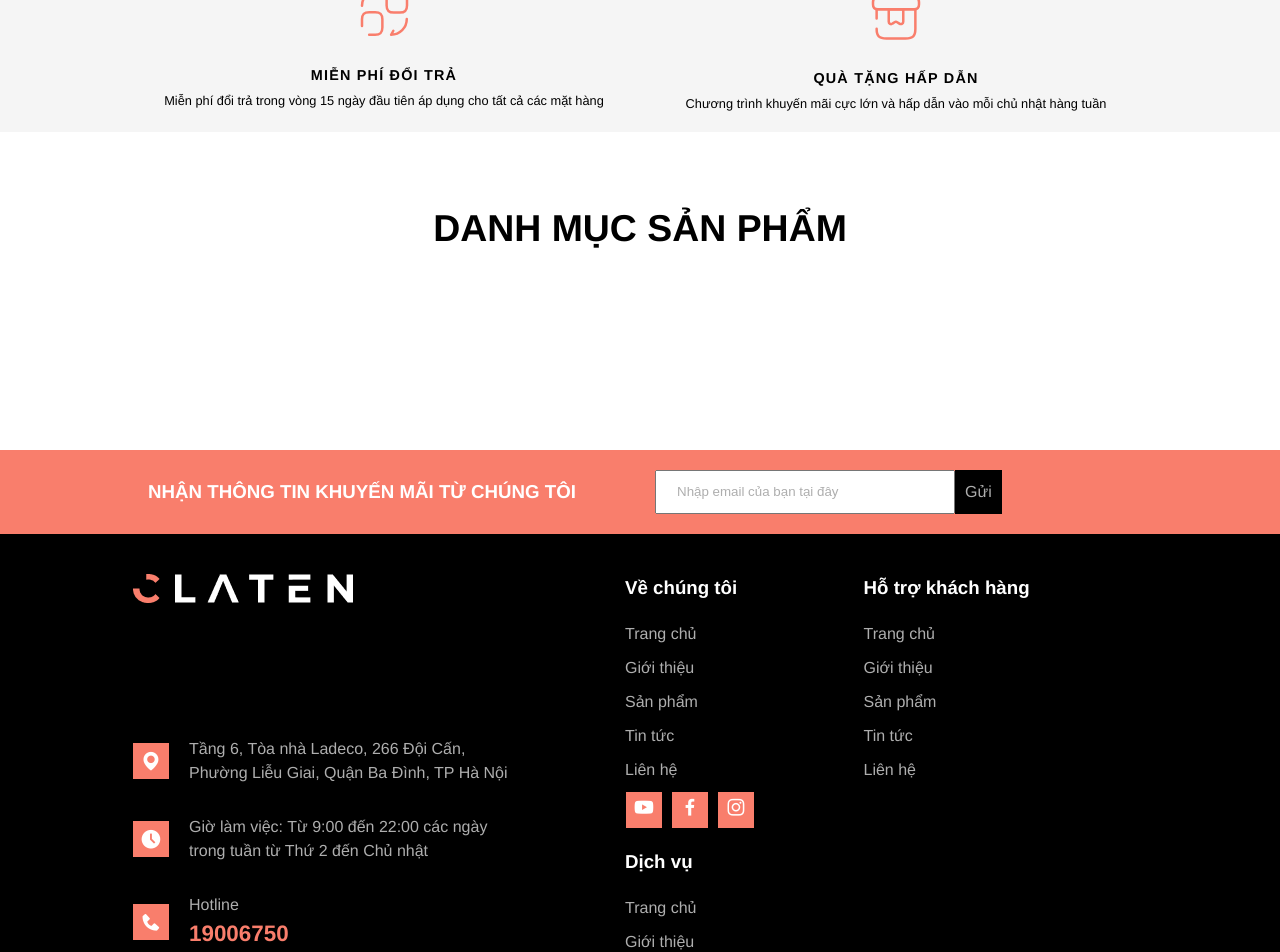
Repository: RennoPMXK/doan
Page: index.html
An editor plug-in stored every save of this project. The page is shown before and after the next save, followed by the edit.
The browser window is 1280 px wide. The pictures show the part of the page from y = 763 to 1715 px (the page is 1839 px tall before and 1869 px after).

Above is the page before, as saved 2021-11-16 20:30:25.

After the next save:
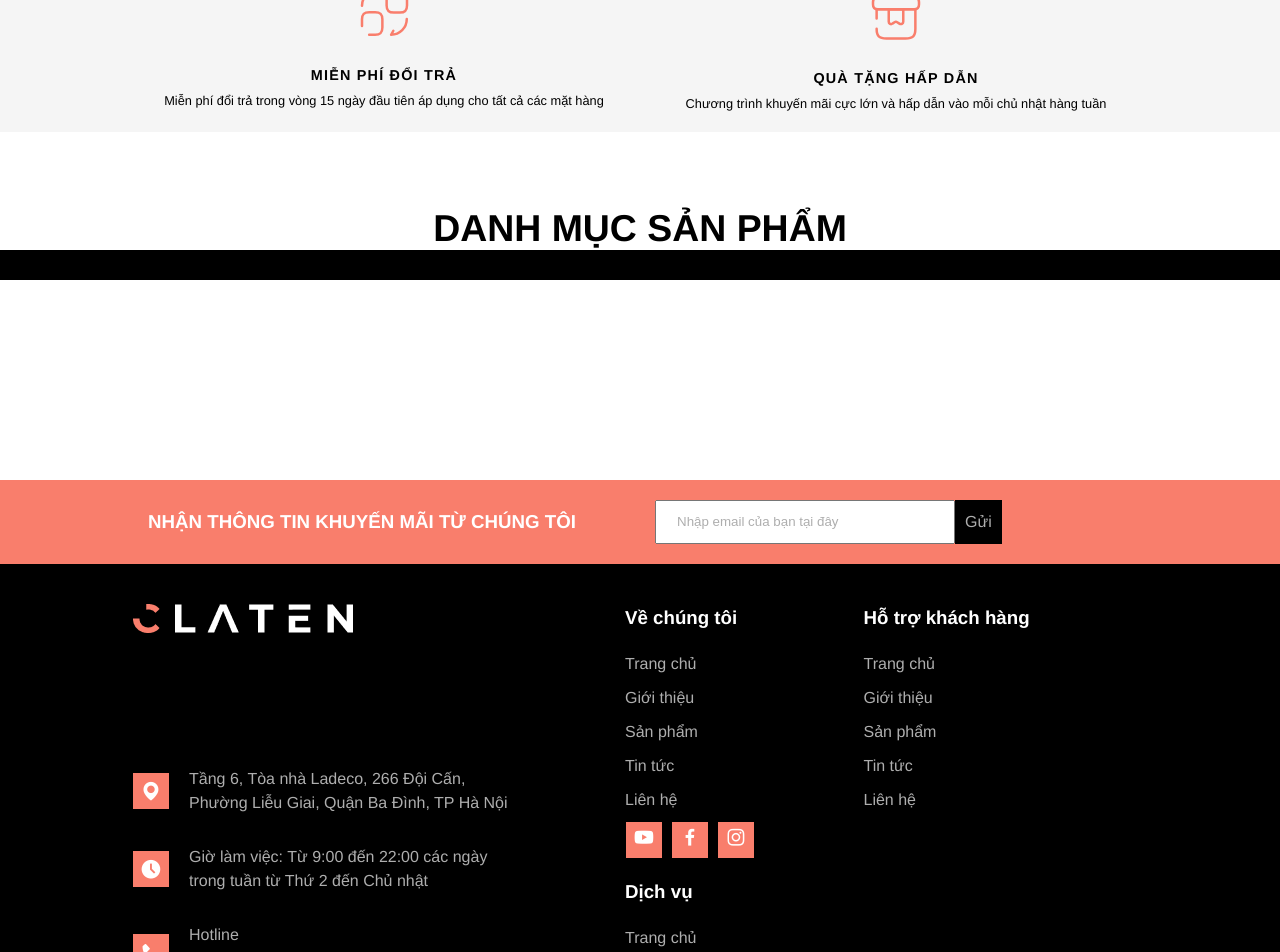
Saved 9 s later.
--- a/style.css
+++ b/style.css
@@ -385,6 +385,7 @@ section {
 
 .title-line{
    background-color: black;
+   height: 30px
 }
 
 
